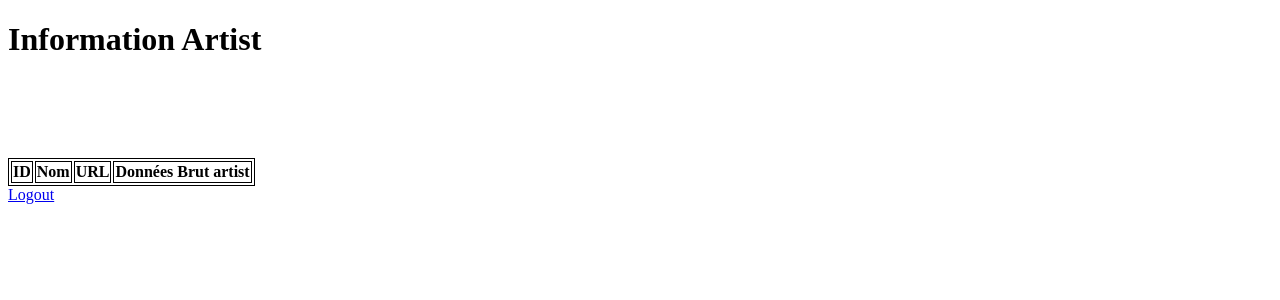
Repository: laurentbul/ApplicationEssai
Page: http://localhost/code/artists.php
An editor plug-in stored every save of this project. The page is shown before and after the next save, followed by the edit.
The browser window is 1280 px wide. The pictures show the whole page.
The page is run by PHP 8.4 with error messages shown; the project is at /var/www/html/. The session is filled in as if someone had signed in: {"name": "Test User"}. Other server files are loaded and not shown. Queries for data that is not in the repository find no rows.

Above is the page before, as saved 2023-04-11 08:48:36.

### ncode/artists.php
<?php
    // en haut de page, avec la requête :
   // $tableau = $requete->fetchAll(PDO::FETCH_OBJ);
  //  var_dump($tableau);
    // on importe le contenu du fichier "db.php"
    include 'db.php';
    // on exécute la méthode de connexion à notre BDD
    $db = connexionBase();

    // on lance une requête pour chercher toutes les fiches d'artistes
    $requete = $db->query('SELECT * FROM artist');
    // on récupère tous les résultats trouvés dans une variable
    $tableau = $requete->fetchAll(PDO::FETCH_OBJ);
    // on clôt la requête en BDD
    $requete->closeCursor();

?>

<?php

session_start();

if (!isset($_SESSION['name'])) {
  header('location: ./index.php');
  exit;
}

?>
<!DOCTYPE html>
<html lang="fr">
<head>
    <meta charset="UTF-8">
    <meta http-equiv="X-UA-Compatible" content="IE=edge">
    <meta name="viewport" content="width=device-width, initial-scale=1.0">
    <title>PDO - Liste</title>
</head>
<body>

<h1>Information Artist</h1>
<?php foreach ($tableau as $alo): ?> <?= $alo->artist_id ?> <?php endforeach; ?>
    <table style="border: 1px solid ; margin-top: 100px;">
        <tr style="border: 1px solid;">
            <th  style="border: 1px solid;">ID</th>
            <th  style="border: 1px solid;">Nom</th>
            <th  style="border: 1px solid;">URL</th>
            <th  style="border: 1px solid;">Données Brut artist</th>
        </tr>

        <?php foreach ($tableau as $artist): ?>


            <tr  style="border: 1px solid;">
                <td  style="border: 1px solid;"><?= $artist->artist_id ?></td>
                <td  style="border: 1px solid;"><?= $artist->artist_name ?></td>
                <td  style="border: 1px solid;"><?= $artist->artist_url ?></td>
                <td  style="border: 1px solid;">  <?php var_dump($artist); // Le var_dump() est écrit à titre informatif ?></td>

            </tr>

        <?php endforeach; ?>

    </table>
    <a href="./logout.php" class="information__button">Logout</a>
</body>
</html>

### ncode/db.php
<?php
function ConnexionBase() {

    try
    {
        $connexion = new PDO('mysql:host=localhost;charset=utf8;dbname=record', 'root', '');
        $connexion->setAttribute(PDO::ATTR_ERRMODE, PDO::ERRMODE_EXCEPTION);
        return $connexion;

    } catch (Exception $e) {
        echo "Erreur : " . $e->getMessage() . "<br>";
        echo "N° : " . $e->getCode();
        die("Fin du script");
    }
}
?>

After the next save:
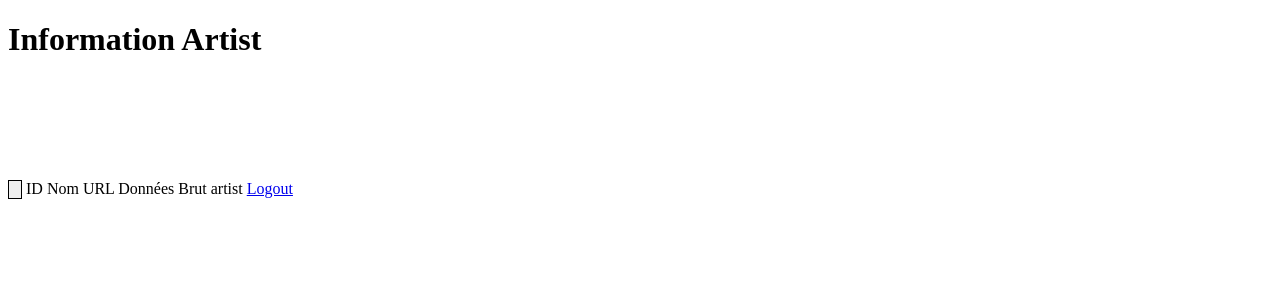
Saved 38 min 59 s later.
--- a/ncode/artists.php
+++ b/ncode/artists.php
@@ -37,6 +37,8 @@ if (!isset($_SESSION['name'])) {
 <body>
 
 <h1>Information Artist</h1>
+
+<input type="button" onclick
 <?php foreach ($tableau as $alo): ?> <?= $alo->artist_id ?> <?php endforeach; ?>
     <table style="border: 1px solid ; margin-top: 100px;">
         <tr style="border: 1px solid;">
